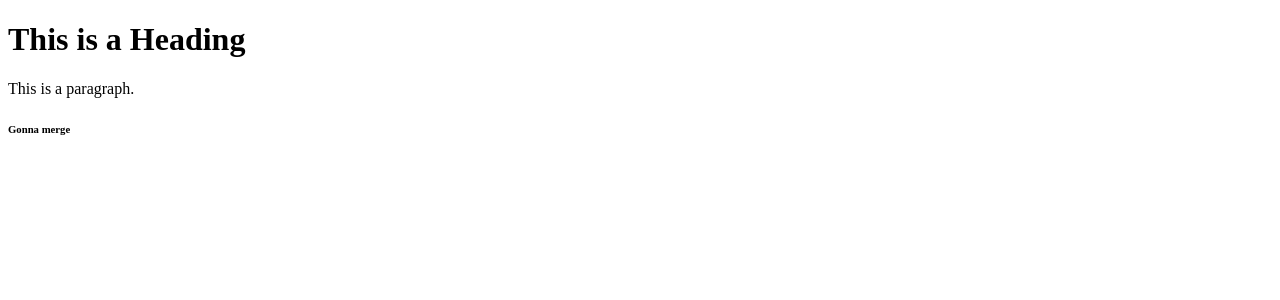
Repository: rashmikagamage/gittesting
Page: test.html
An editor plug-in stored every save of this project. The page is shown before and after the next save, followed by the edit.
The browser window is 1280 px wide. The pictures show the whole page.

Above is the page before, as saved 2020-07-04 14:53:11.

After the next save:
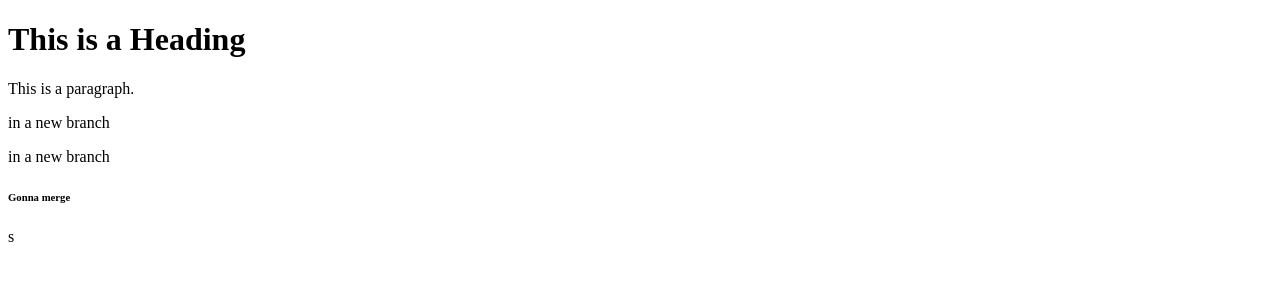
Saved 7 min 1 s later.
--- a/test.html
+++ b/test.html
@@ -7,7 +7,11 @@
 
 <h1>This is a Heading</h1>
 <p>This is a paragraph.</p>
+
+<p>in a new branch</p>
+<p>in a new branch</p>
 <h6>Gonna merge</h6>
 
+
 </body>
-</html>
+</html>s
